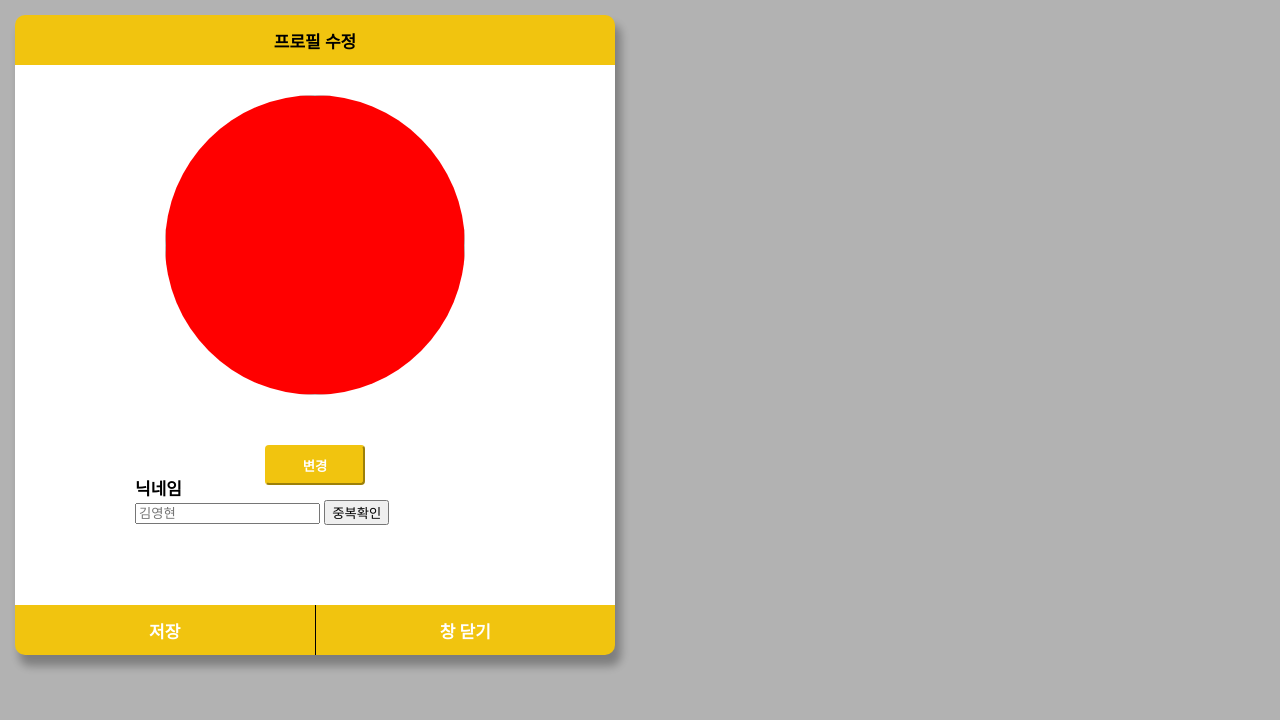
Repository: Corn-Market/Front-end
Page: http://localhost/CornMarket/resources/views/popup_profile_update.jsp
An editor plug-in stored every save of this project. The page is shown before and after the next save, followed by the edit.
The browser window is 1280 px wide. The pictures show the whole page.
The page is served by Tomcat 9. Other server files are loaded and not shown.

Above is the page before, as saved 2022-12-19 06:26:11.

### CornMarket/src/main/webapp/resources/views/popup_profile_update.jsp
<%@ page language="java" contentType="text/html; charset=UTF-8"
    pageEncoding="UTF-8"%>
<%@ taglib uri="http://java.sun.com/jsp/jstl/core" prefix="c" %>
<c:set var="path" value="${pageContext.request.contextPath}"/>
<!DOCTYPE html>
<html>
<head>
<meta charset="EUC-KR">
<title>Insert title here</title>
<link rel="stylesheet" href="${path}/resources/css/popup_update.css"/>
<script src="https://ajax.googleapis.com/ajax/libs/jquery/3.5.1/jquery.min.js"></script><script src="https://ajax.googleapis.com/ajax/libs/jquery/3.5.1/jquery.min.js"></script>
</head>
<body>
	<div class="container">
        <div class="popup-wrap" id="popup">
          <div class="popup">
            <div class="popup-head">
                <span class="head-title">프로필 수정</span>
            </div>
            <div class="popup-body">
              <div class="body-content">
                <div class="body-titlebox">
                	<div class="update_first">
            			<img>
            			<input type="button" value="변경" onclick="change_img()">
        			</div>
                </div>
                <div class="body-contentbox">
                	 <div class="update_second">
			            <div class="up_main">
			                <div class="up_title">닉네임</div>
			                <input type="text" placeholder="김영현" class="update_nickname">
			                <input type="button" value="중복확인" class="double_check">
			            </div>
			        </div>
                </div>
              </div>
            </div>
            <div class="popup-foot">
              <span class="pop-btn confirm" id="confirm" onclick="">저장</span>
              <span class="pop-btn close" id="close" onclick="">창 닫기</span>
            </div>
          </div>
         </div>
    </div>
</body>
</html>

### CornMarket/src/main/webapp/resources/css/popup_update.css
.popup-wrap{
    background-color:rgba(0,0,0,.3);
    justify-content:center;
    align-items:center;
    position:fixed;
    top:0;
    left:0;
    right:0;
    bottom:0;
    padding:15px;

  }

  .popup{
    width:1000px;
    max-width:600px;
    border-radius:10px;
    overflow:hidden;
    background-color:rgb(241, 196, 15);
    font-size: 17px;
    font-weight: bold;
    box-shadow: 5px 10px 10px 1px rgba(0,0,0,.3);
  }

  .popup-head{
    width:100%;
    height:50px;
    display:flex;
    align-items:center;
    justify-content:center;
  }

  .popup-body{
    background-color:#ffffff;
  }
  .body-content{
    padding:20px;
  }
  .body-titlebox{
    text-align:center;
    width:500px;
    height:350px;
    margin:10px auto;
  }

  .update_first img{
    width:300px;
    height:300px;
    border-radius: 50%;
    background-color: red;
    margin:0px auto;
    display: block;
}

.update_first input{
    width:100px;
    height:40px;
    margin:50px auto;
    border-radius: 4px;
    border-color: rgb(241, 196, 15);
    background-color: rgb(241, 196, 15);
    color: rgb(255, 255, 255);
    font-weight: bold;
    display: block;
}
  .body-contentbox{
  	width:360px;
  	height:100px;
    margin:10px auto;
    margin-top:30px;
  }

  .popup-foot{
    width:100%;
    height:50px;
    display: flex;
  }

  .pop-btn{
    display:inline-flex;
    width:50%;
    height:100%;
    justify-content:center;
    align-items:center;
    float:left;
    color:rgb(255, 255, 255);
    cursor:pointer;
  }
  .pop-btn.confirm{
    border-right:1px solid black;
  }

  .search_btn{
  	 width:100px;
      height:40px;
      border-radius: 4px;
      border-color: rgb(241, 196, 15);
      background-color: rgb(241, 196, 15);
      color: rgb(255, 255, 255);
      font-weight: bold;
      display: block;
      margin:20px auto;
  }

  .body_contentbox h3{
  		text-align:center;
  }

After the next save:
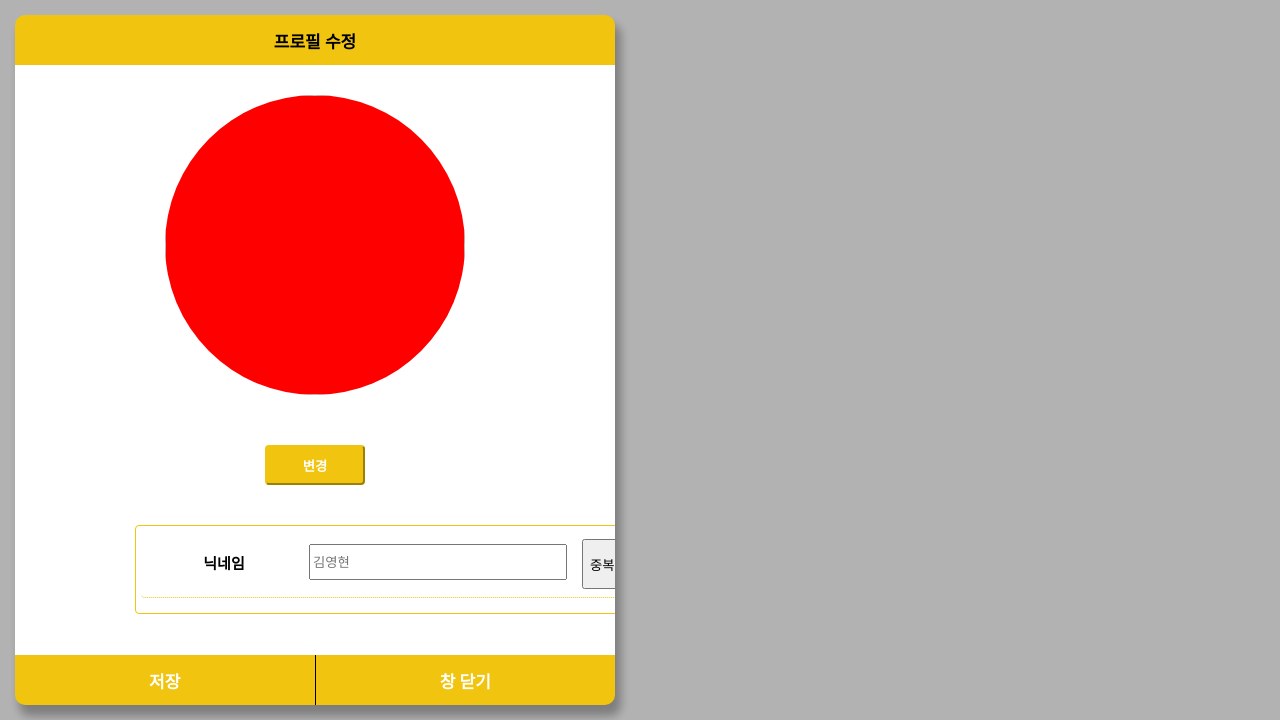
Saved 21 s later.
--- a/CornMarket/src/main/webapp/resources/css/popup_update.css
+++ b/CornMarket/src/main/webapp/resources/css/popup_update.css
@@ -63,12 +63,48 @@
     font-weight: bold;
     display: block;
 }
+
   .body-contentbox{
   	width:360px;
   	height:100px;
     margin:10px auto;
     margin-top:30px;
   }
+
+  .update_second{
+    width:800px;
+    margin:80px auto;
+    padding:5px;
+    border:0.3px solid rgb(241, 196, 15);
+    border-radius: 4px;
+}
+
+.up_title{
+    width:150px;
+    height:50px;
+    border-radius: 4px;
+    font-size: 15px;
+    font-weight: bold;
+    text-align: center;
+    line-height: 50px;
+}
+
+.update_nickname{
+    width:250px;
+    height:30px;
+    margin-top: 5px;
+    margin-right: 15px;
+    margin-left: 10px;
+}
+
+.up_main{
+    display:flex;
+    height:50px;
+    padding:8px;
+    border-bottom:0.1px dotted rgb(241, 196, 15);
+    border-radius: 4px;
+    margin-bottom: 10px;
+}
 
   .popup-foot{
     width:100%;
